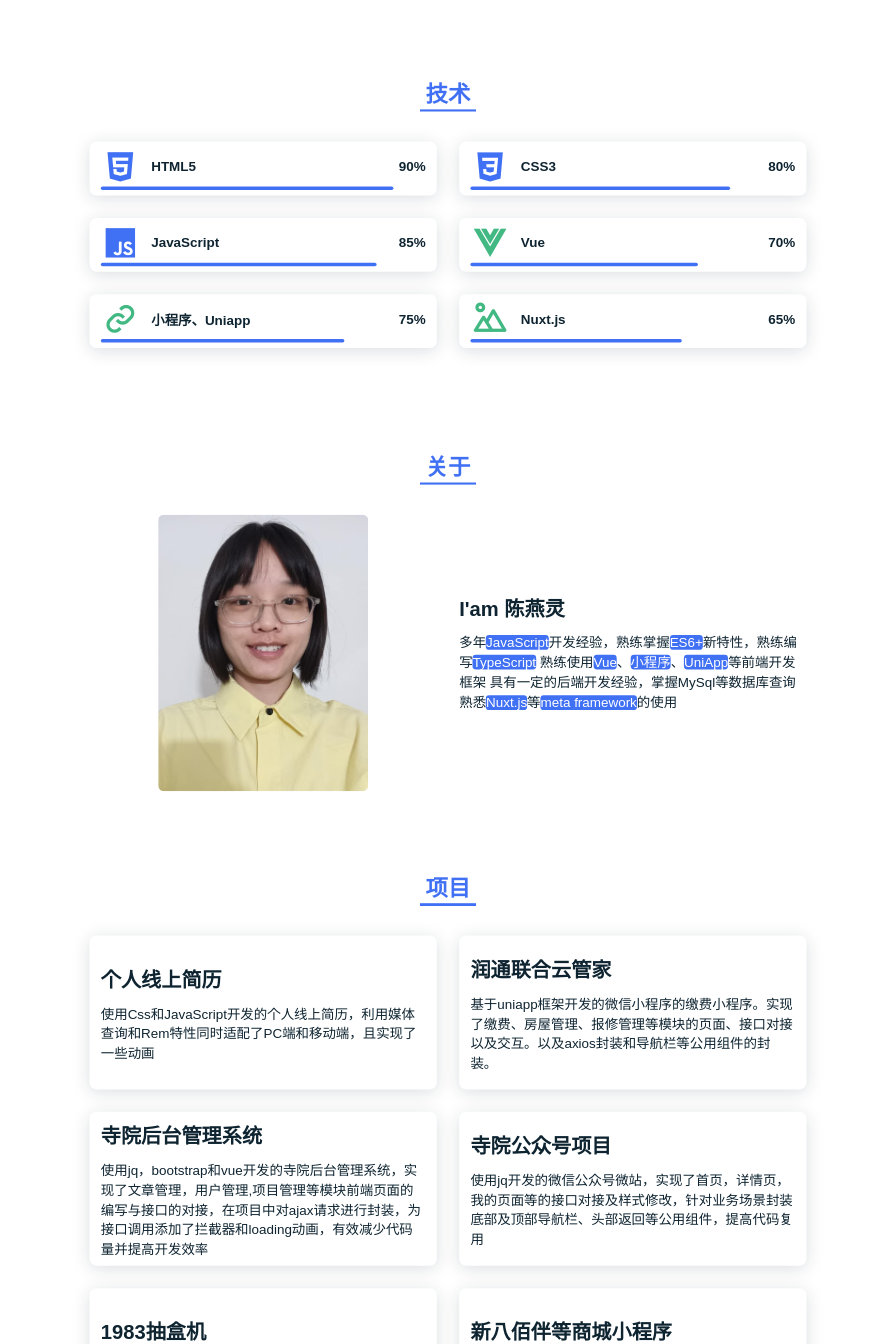
Repository: alinlinbo/yanling-resume-site
Page: index.html
An editor plug-in stored every save of this project. The page is shown before and after the next save, followed by the edit.
The browser window is 1280 px wide. The pictures show the part of the page from y = 676 to 2596 px (the page is 3770 px tall), at 70% of full size.

Above is the page before, as saved 2023-09-15 18:43:36.

After the next save:
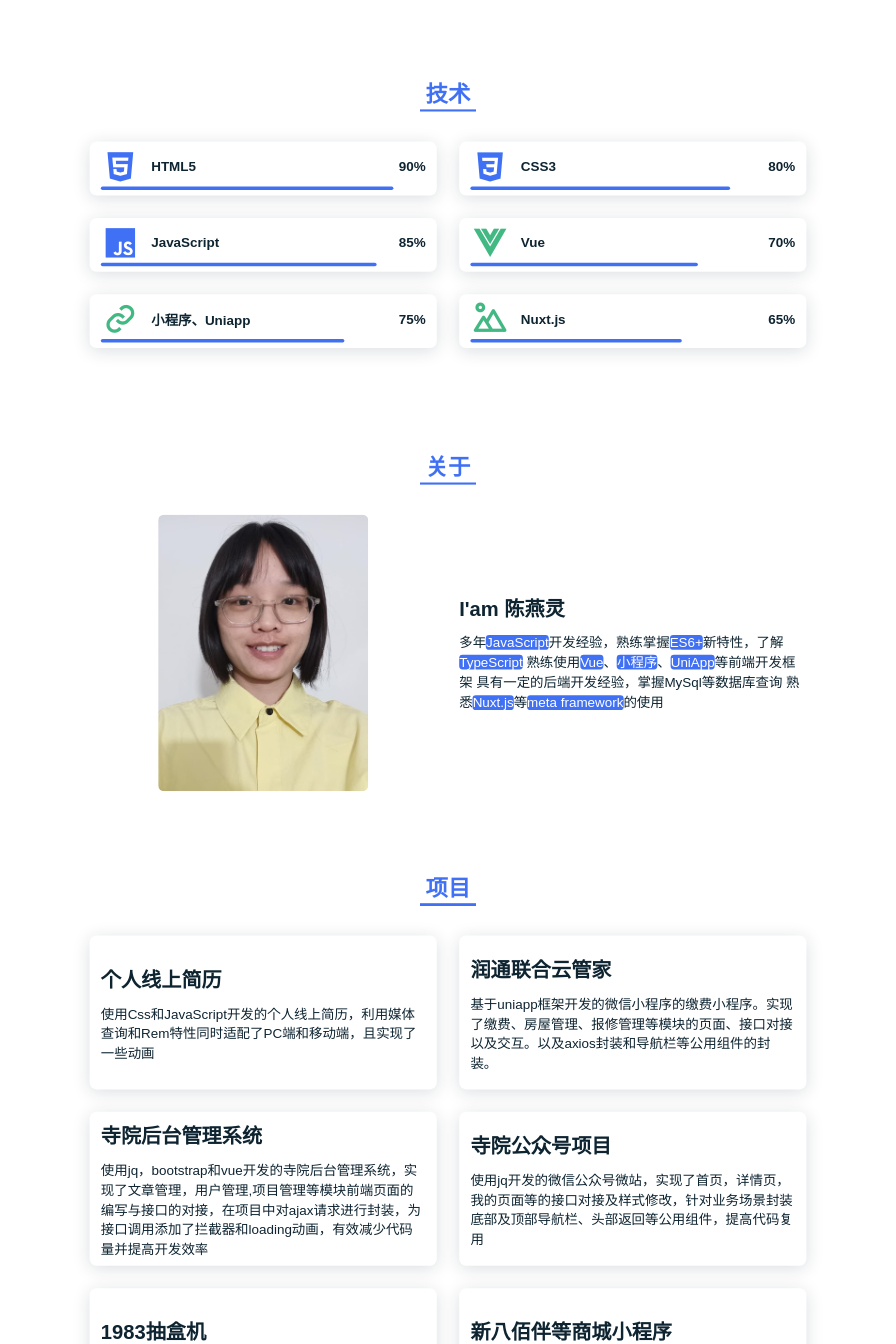
Saved 2 days later.
--- a/index.html
+++ b/index.html
@@ -184,7 +184,7 @@
                 <div>
                     <h2 class="about__subtitle">I'am 陈燕灵</h2>
                     <p class="about__text">
-                        多年<span>JavaScript</span>开发经验，熟练掌握<span>ES6+</span>新特性，熟练编写<span>TypeScript</span>
+                        多年<span>JavaScript</span>开发经验，熟练掌握<span>ES6+</span>新特性，了解<span>TypeScript</span>
                         熟练使用<span>Vue</span>、<span>小程序</span>、<span>UniApp</span>等前端开发框架
                         具有一定的后端开发经验，掌握<soan>MySql</soan>等数据库查询
                         熟悉<span>Nuxt.js</span>等<span>meta framework</span>的使用</p>
